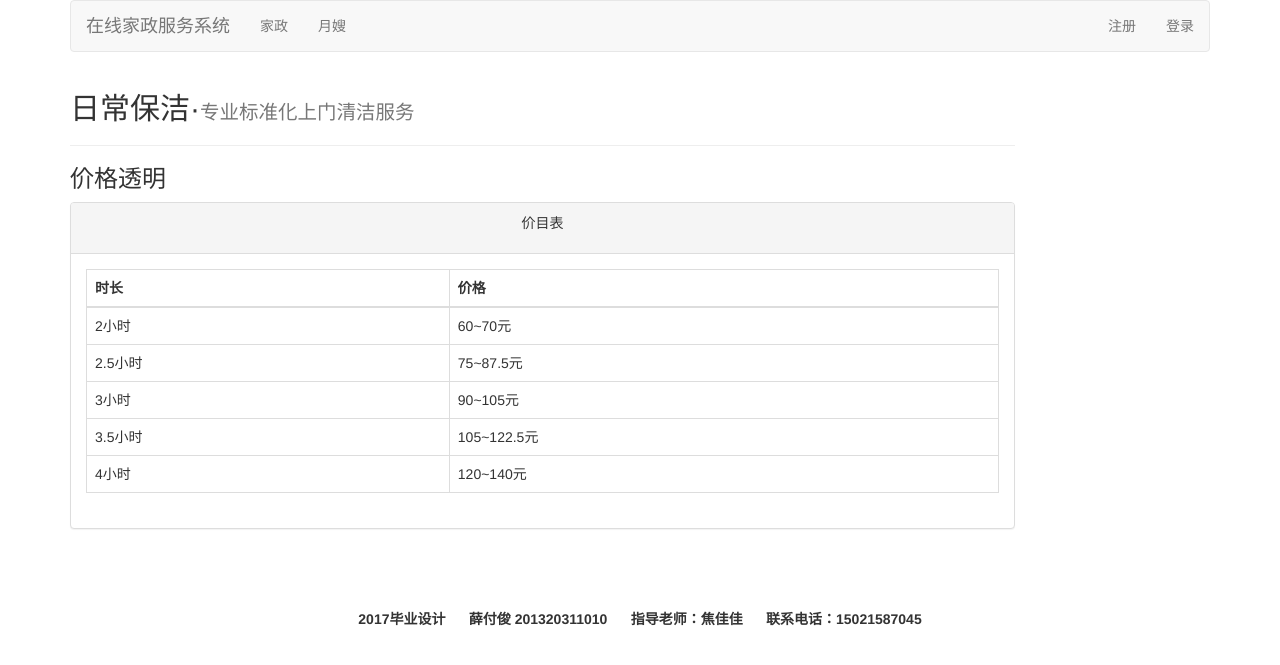
Repository: ELeonCXFJ/MyEclipseWS
Page: http://localhost/MyWeb/jsps/product/keeper/dailywork.jsp
The author's editor kept a copy of each file at every save. The page is drawn from the files as they stood at one save, then again after a run of saves.
The browser window is 1280 px wide. The pictures show the whole page.
The page is served by Tomcat 9. Nobody is signed in. The application's start-up code is not run. Other server files are loaded and not shown.

Above is the page before, as saved 2017-03-21 05:05:44.

### MyWeb/WebRoot/jsps/product/keeper/dailywork.jsp
<%@ page trimDirectiveWhitespaces="true" language="java" import="java.util.*" pageEncoding="UTF-8"%>
<%@ taglib prefix="c" uri="http://java.sun.com/jsp/jstl/core" %>

<!DOCTYPE html>
<html>
<head>
   <meta charset="utf-8">
   <title>日常保洁</title>
   <script src="<c:url value='/vendor/jquery/jquery.min.js'/>"></script>
   <script src="<c:url value='/vendor/bootstrap/js/bootstrap.min.js'/>"></script>
   <link rel="stylesheet" href="<c:url value='/vendor/bootstrap/css/bootstrap.min.css'/>" />

</head>
<body>

<div class="container">
	<div class="row clearfix">
	<c:import url="/top.jsp" />

		<div class="col-lg-10 col-md-10 col-xs-10 col-sm-10">
			<h2>日常保洁·<small>专业标准化上门清洁服务</small></h2>
			<hr>
			<h3>价格透明</h3>
			<div class="panel panel-default">
				<div class="panel-heading">
					<p align="center">价目表</p>
				</div>
				<div class="panel-body">
					<table class="table table-bordered">
						<thead>
							<tr>
								<th>时长</th>
								<th>价格</th>
							</tr>
						</thead>
						<tr>
							<td>2小时</td>
							<td>60~70元</td>
						</tr>
						<tr>
							<td>2.5小时</td>
							<td>75~87.5元</td>
						</tr>
						<tr>
							<td>3小时</td>
							<td>90~105元</td>
						</tr>
						<tr>
							<td>3.5小时</td>
							<td>105~122.5元</td>
						</tr>
						<tr>
							<td>4小时</td>
							<td>120~140元</td>
						</tr>
					</table>
				</div>
			</div>
		</div>

	</div>
</div>	<!-- container -->
	<c:import url="/bottom.jsp"></c:import>
</body>
</html>

### MyWeb/WebRoot/top.jsp
<%@ page language="java" import="java.util.*" pageEncoding="UTF-8"%>
<%@ taglib prefix="c" uri="http://java.sun.com/jsp/jstl/core" %>

<!DOCTYPE html>
<html>
<head>
   <meta charset="utf-8">
   <title>导航栏</title>
</head>
<body>

<div class="container" align="center">
	<div class="row clearfix">
		<div class="col-lg-12 col-md-12 col-xs-12 col-sm-12">
			<nav class="navbar navbar-default" role="navigation">
				<div class="navbar-header">
					 <button type="button" class="navbar-toggle" data-toggle="collapse" data-target="#bs-example-navbar-collapse-1"> <span class="sr-only">Toggle navigation</span><span class="icon-bar"></span><span class="icon-bar"></span><span class="icon-bar"></span></button> <a class="navbar-brand" href="<c:url value='/index.jsp'/>">在线家政服务系统</a>
				</div>
				<div class="collapse navbar-collapse" id="bs-example-navbar-collapse-1">
					<ul class="nav navbar-nav">
						<li >
							 <a href="#">家政</a>
						</li>
						<li>
							 <a href="#">月嫂</a>
						</li>
					</ul>
					<ul class="nav navbar-nav navbar-right">
					<c:choose>
						<c:when test="${empty sessionScope.sessionUser }">
							<li>
								 <a href="<c:url value='/jsps/user/register.jsp'/>">注册</a>
							</li>
							<li>
								<a href="<c:url value='/jsps/user/login.jsp' />">登录</a>
							</li>
						</c:when>

						<c:otherwise>
							<li>
								 <a href="<c:url value='/OrderServlet?method=getMyOrder'/>">我的订单</a>
							</li>
							<li>
								 <a href="<c:url value='/jsps/user/pwd.jsp'/>">修改密码</a>
							</li>
							<li>
								 <a href="#">购物车</a>
							</li>
							<li>
								<a href="<c:url value="/UserServlet?method=exit"/>">退出</a>
							</li>
						</c:otherwise>
					</c:choose>
					</ul>
				</div>
			</nav>
		</div>
	</div>
</div>
</body>

### MyWeb/WebRoot/bottom.jsp
<%@ page language="java" import="java.util.*" pageEncoding="UTF-8"%>
<%@ taglib prefix="c" uri="http://java.sun.com/jsp/jstl/core" %>

<!DOCTYPE html>
<html>
<head>
   <meta charset="utf-8">
   <title>页脚</title>
   <link rel="stylesheet" href="./vendor/bootstrap/css/bootstrap.min.css">
   <script src="./vendor/bootstrap/js/bootstrap.min.js"></script>
</head>
<body>

	<div align="center">
		<label for=“bottom"></br></br></br>2017毕业设计&nbsp;&nbsp;&nbsp;&nbsp;&nbsp;&nbsp;薛付俊 201320311010&nbsp;&nbsp;&nbsp;&nbsp;&nbsp;&nbsp;指导老师：焦佳佳&nbsp;&nbsp;&nbsp;&nbsp;&nbsp;&nbsp;联系电话：15021587045</label>
	</div>
	<div style="display:none;">
		<label for="hide">bootstrapvalidator引用自：https://github.com/nghuuphuoc/bootstrapvalidator</label>
	</div>
</body>

After the next 3 saves:
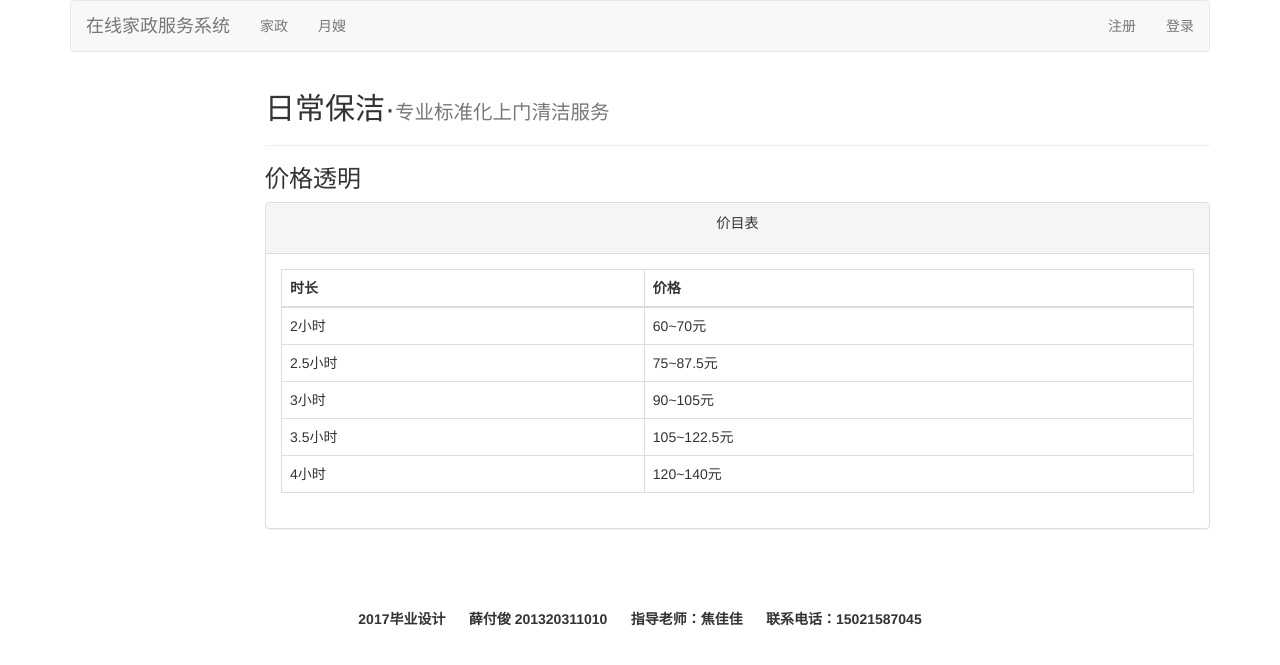
The 3 saves are shown as one change because they came seconds apart.
The last was saved 23 s later.
--- a/MyWeb/WebRoot/jsps/product/keeper/dailywork.jsp
+++ b/MyWeb/WebRoot/jsps/product/keeper/dailywork.jsp
@@ -16,7 +16,7 @@
 <div class="container">
 	<div class="row clearfix">
 	<c:import url="/top.jsp" />
-
+		<div class="col-md-2"></div>
 		<div class="col-lg-10 col-md-10 col-xs-10 col-sm-10">
 			<h2>日常保洁·<small>专业标准化上门清洁服务</small></h2>
 			<hr>
